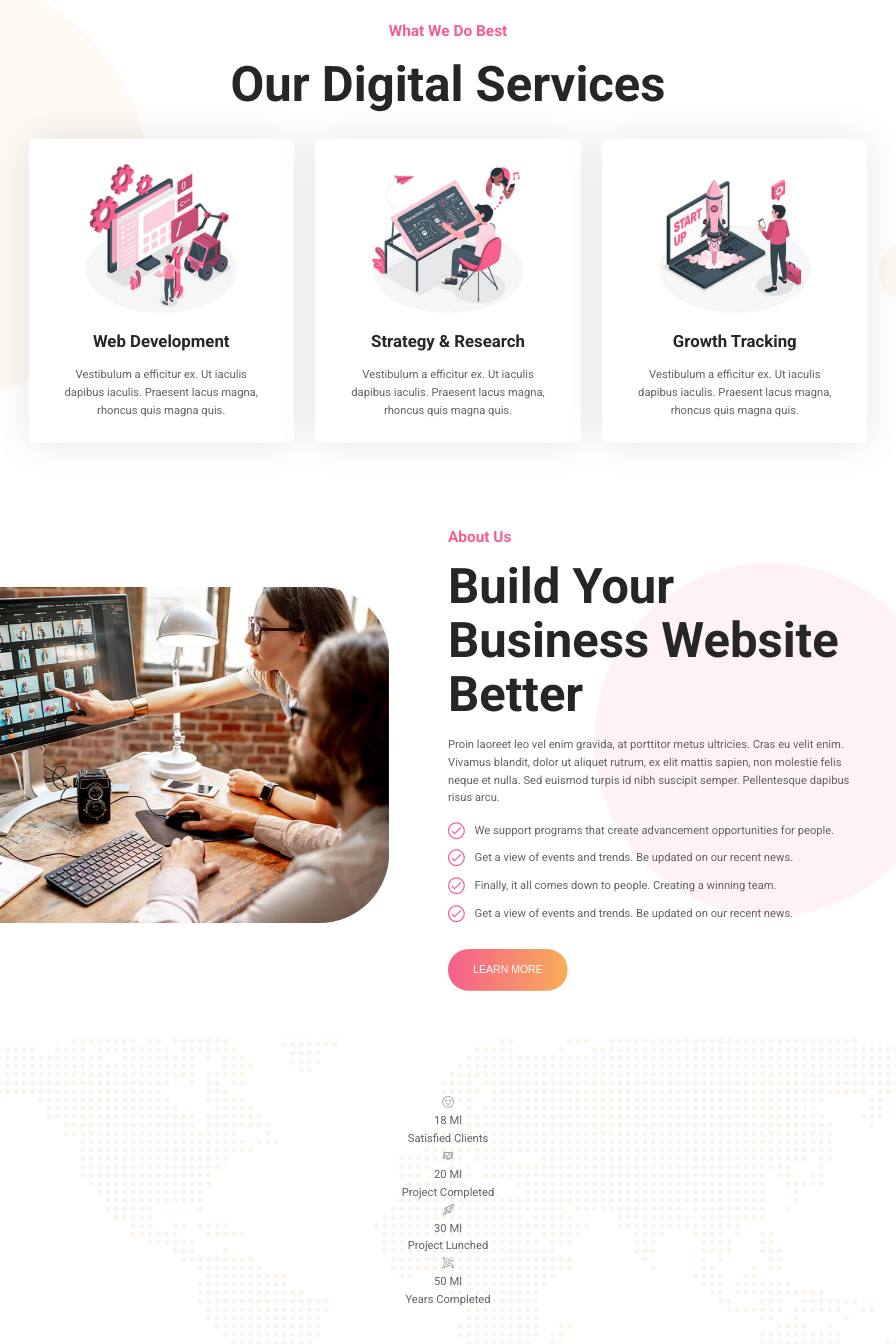
Repository: ducdatit2002/samar
Page: index.html
These files come from the project's save history. The page is drawn as it stood at one moment and after the next save; the edit follows.
The browser window is 1280 px wide. The pictures show the part of the page from y = 871 to 2791 px (the page is 2791 px tall before and 2560 px after), at 70% of full size.

Above is the page before, as saved 2023-07-27 09:57:00.

After the next save:
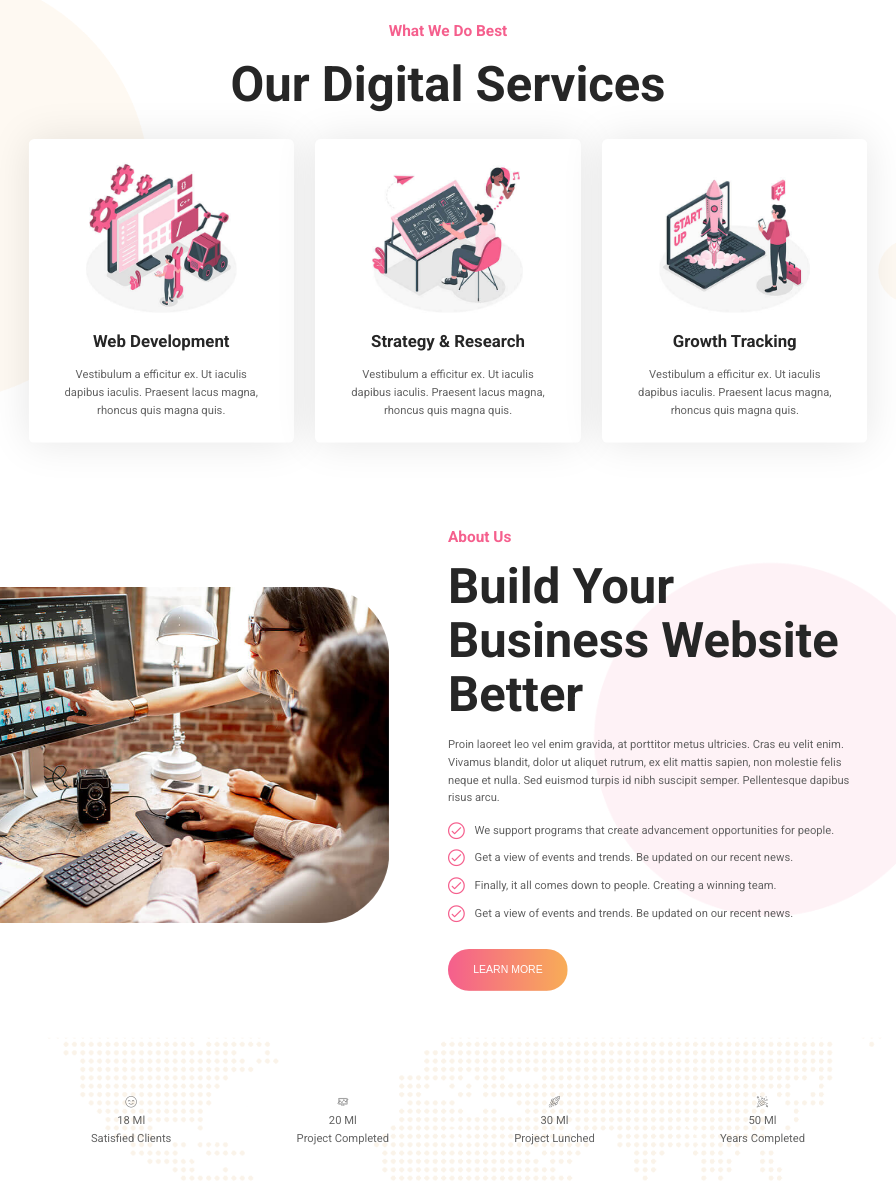
Saved 12 s later.
--- a/index.css
+++ b/index.css
@@ -234,6 +234,10 @@ header {
     padding: 80px 0 50px;
     text-align: center;
 }
+.number__content {
+    display: flex;
+    justify-content: space-around;
+}
 
 /*Animation */
 @keyframes upToDown {
